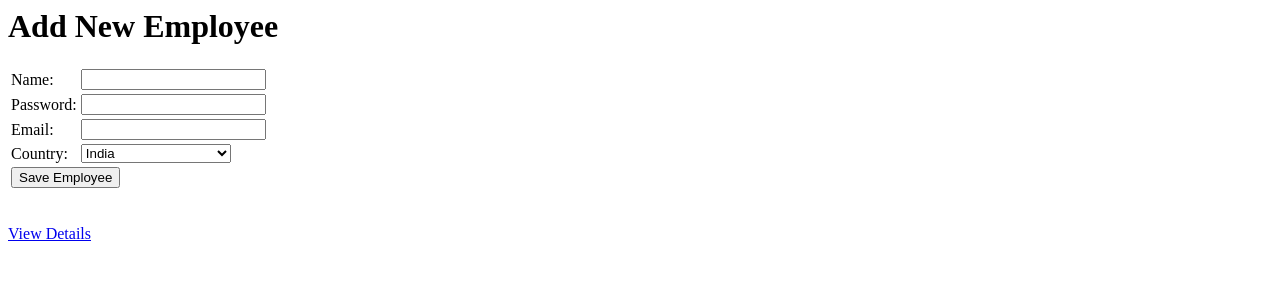
Repository: ErNitesh-d/java-program
Page: http://localhost/JSP_CON/
These files come from the project's save history. The page is drawn as it stood at one moment and after the next save; the edit follows.
The browser window is 1280 px wide. The pictures show the whole page.
The page is served by Tomcat 9.

Above is the page before, as saved 2022-09-29 15:02:12.

### JAVA PROJECTS/JSP_CON/WebContent/index.jsp
<html>
<head>
<meta charset="ISO-8859-1">
<title>Insert title here</title>
</head>
<body>
<h1>Add New Employee</h1>
<form action="SaveRegistration.jsp" method="post">
<table>
<tr>
<td>Name:</td>
<td><input type="text" name="name"/></td>
</tr>
<tr>
<td>Password:</td>
<td><input type="password" name="password"/></td>
</tr>
<tr>
<td>Email:</td>
<td><input type="email" name="email"/></td>
</tr>
<tr>
<td>Country:</td>
<td>
<select name="country" style="width:150px">
<option>India</option>
<option>USA</option>
<option>UK </option>
<option>Other</option>
</select>
</td>
</tr>
<tr>
<td colspan="2"><input type="submit" value="Save Employee"/></td>
</tr>

</table>
</form>
<br/>
<a href="RegDetail.jsp">View Details</a>
</body>
</html>

After the next save:
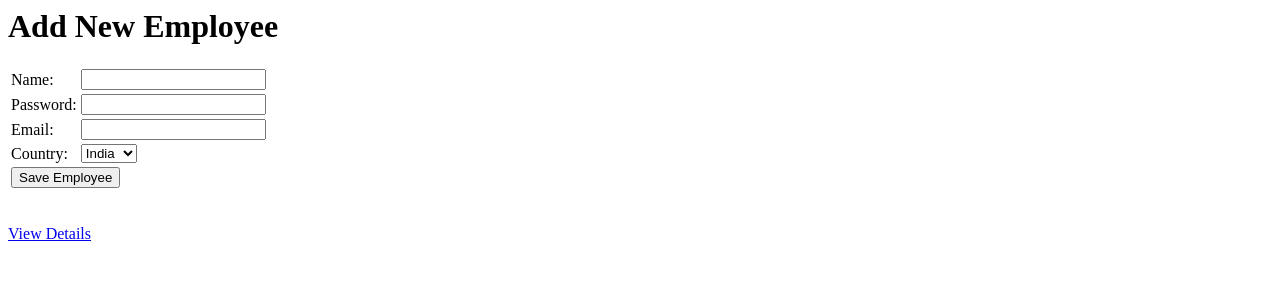
Saved 63 s later.
--- a/JAVA PROJECTS/JSP_CON/WebContent/index.jsp
+++ b/JAVA PROJECTS/JSP_CON/WebContent/index.jsp
@@ -1,42 +1,41 @@
 <html>
 <head>
 <meta charset="ISO-8859-1">
-<title>Insert title here</title>
+<title> program </title>
 </head>
 <body>
-<h1>Add New Employee</h1>
-<form action="SaveRegistration.jsp" method="post">
+<h1> Add New Employee </h1>
+<form action="SaveRegistration.jsp" method ="post" >
 <table>
 <tr>
-<td>Name:</td>
-<td><input type="text" name="name"/></td>
+ 		<td> Name:</td>
+ 		<td><input type="text" name="name"/> </td>
 </tr>
 <tr>
-<td>Password:</td>
-<td><input type="password" name="password"/></td>
+ 		<td> Password:</td>
+ 		<td> <input type="password" name="password"/> </td>
 </tr>
 <tr>
-<td>Email:</td>
-<td><input type="email" name="email"/></td>
+ 		<td> Email:</td>
+ 		<td> <input type="email" name="email"/> </td>
 </tr>
 <tr>
 <td>Country:</td>
 <td>
-<select name="country" style="width:150px">
-<option>India</option>
-<option>USA</option>
-<option>UK </option>
-<option>Other</option>
-</select>
-</td>
-</tr>
-<tr>
-<td colspan="2"><input type="submit" value="Save Employee"/></td>
-</tr>
-
-</table>
-</form>
-<br/>
-<a href="RegDetail.jsp">View Details</a>
+		<select name="country" style="width 150px">
+		<option>India</option>
+		<option>USA</option>
+		<option>UK</option>
+		 <option>Other</option>
+ 		</select>
+ </td>
+ </tr>
+ <tr>
+ 	<td colspan="2"><input type="submit" value="Save Employee"/></td>
+ </tr>
+ </table>
+ </form>
+ <br/>
+ 		<a href="RegDeatil.jsp">View Details</a>
 </body>
 </html>
